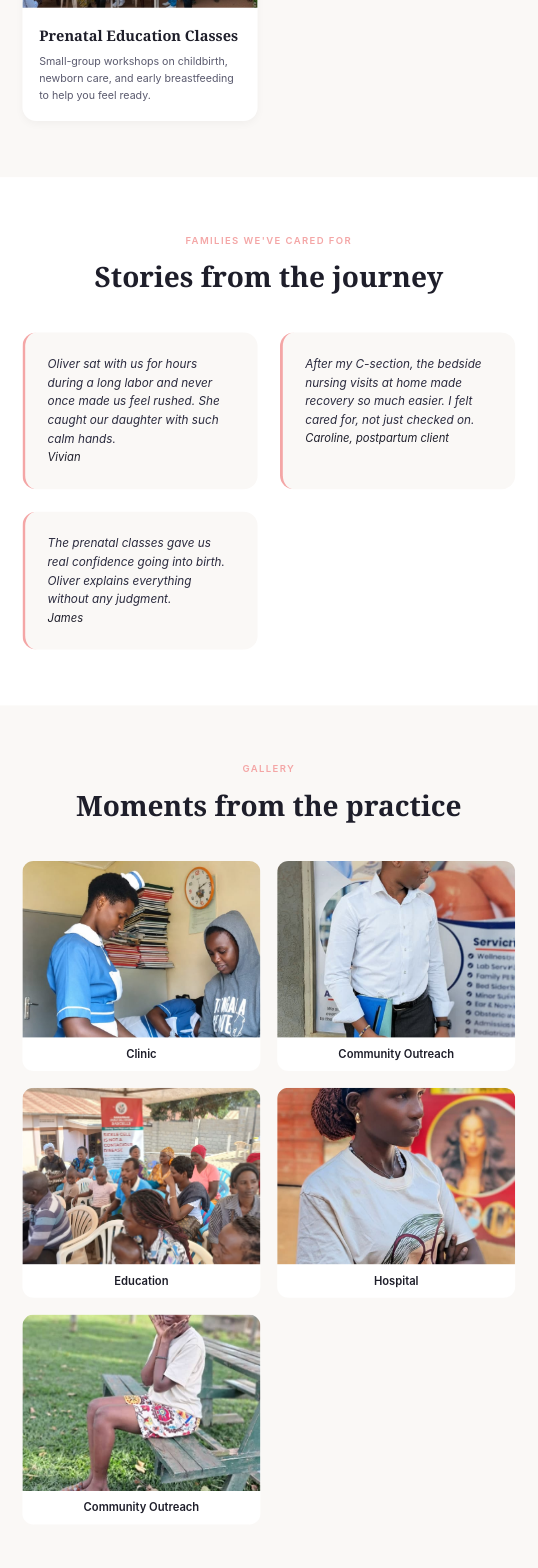
Repository: Mrkayboss/Aber-Oliver
Page: index (2).html
An editor plug-in stored every save of this project. The page is shown before and after the next save, followed by the edit.
The browser window is 768 px wide. The pictures show the part of the page from y = 4260 to 6500 px (the page is 8127 px tall before and 8427 px after), at 70% of full size.
Backgrounds fixed to the window are drawn as part of the page.

Above is the page before, as saved 2026-08-28 21:33:31.

After the next save:
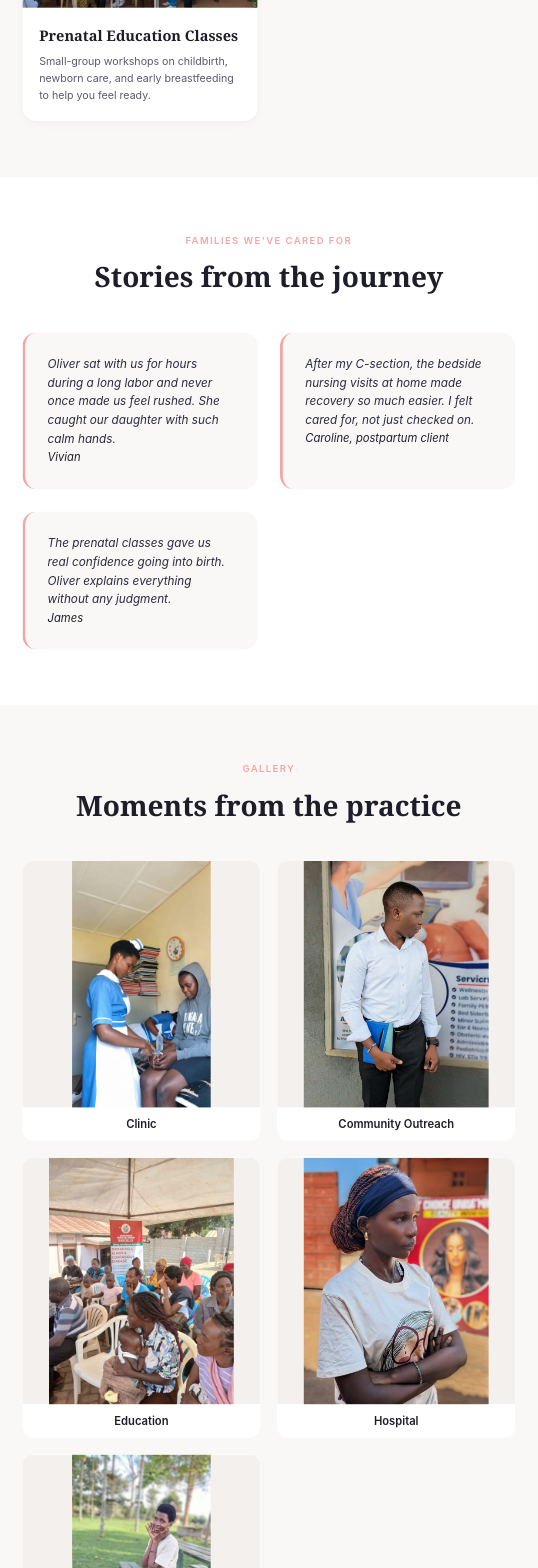
Saved 83 s later.
--- a/index (2).html
+++ b/index (2).html
@@ -410,7 +410,7 @@
     gap: 1.5rem;
   }
   .gallery-tile {
-    height: 360px;
+    height: 480px;
     border-radius: 16px;
     display: flex;
     flex-direction: column;
@@ -428,7 +428,8 @@
     position: static;
     width: 100%;
     height: calc(100% - 48px);
-    object-fit: cover;
+    object-fit: contain;
+    background: #f4f0ed;
   }
   .gallery-tile span {
     height: 48px;
@@ -635,7 +636,7 @@
       height: 260px;
     }
     .gallery-tile {
-      height: 300px;
+      height: 400px;
     }
     .gallery-grid {
       grid-template-columns: repeat(2, 1fr);
